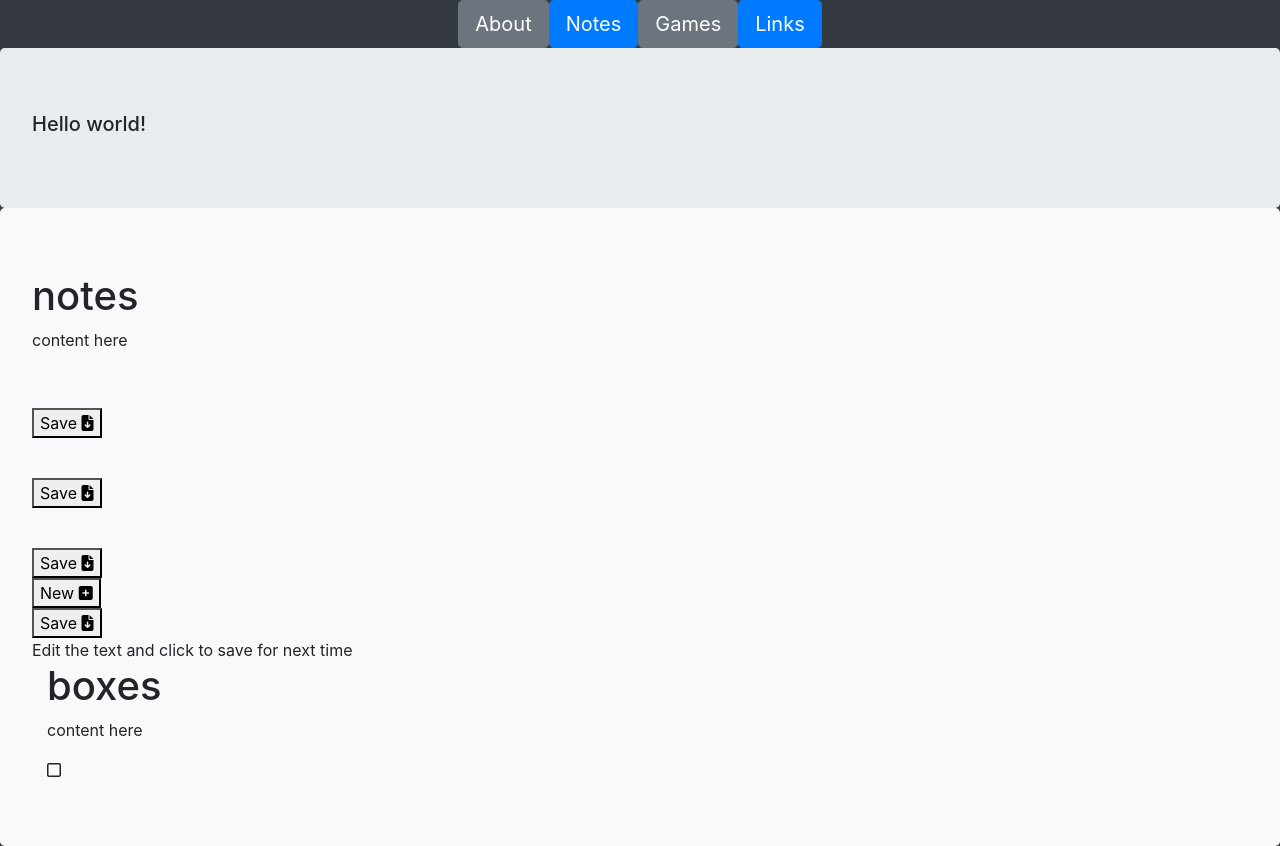
Repository: Kamicoda/Noteblock
Page: index.html
The author's editor kept a record of every edit. The page is drawn from the files as they stood at one moment, then again after the next edit.
The browser window is 1280 px wide. The pictures show the whole page.
Some web libraries are served in a nearby version.

Above is the page before.
Console error: ReferenceError: checkEdits is not defined

After the next edit:
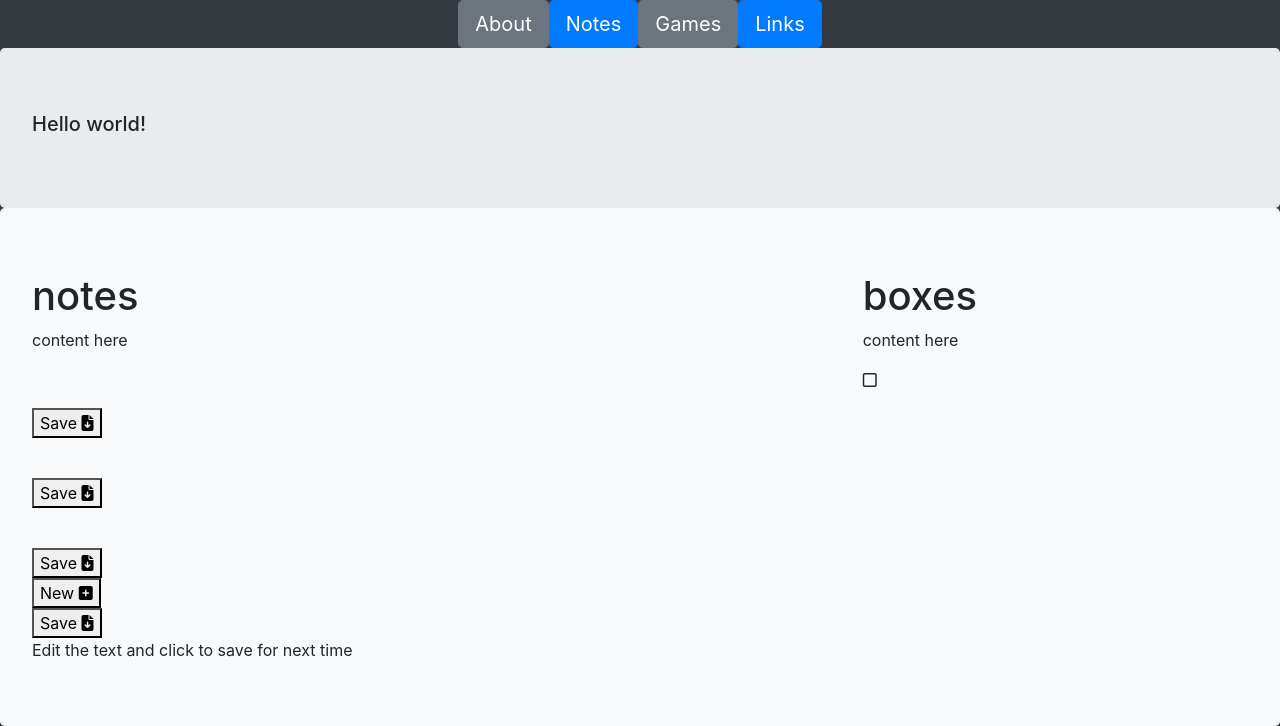
The edit:
--- a/index.html
+++ b/index.html
@@ -71,19 +71,20 @@
                         <h1>notes</h1>
                         <p>content here</p>
                         <div id="editList" class="#">
-                            <div class="#"></div>
-                        <p id="edit" contenteditable="true" class="editableP"></p><button type="button " onclick="save()" class="saveButton">Save
+                            <div id="item" class="#">
+                                <p id="edit" contenteditable="true" class="editableP"></p><button type="button " onclick="save()" class="saveButton">Save
                         <i class="fas fa-file-download"></i></button>
+                            </div>
+                            <div class="#">
+                                <p id="edit" contenteditable="true" class="editableP"></p><button type="button " onclick="save()" class="saveButton">Save
+                        <i class="fas fa-file-download"></i></button>
+                            </div>
+                            <div class="#">
+                                <p id="edit" contenteditable="true" class="editableP"></p><button type="button " onclick="save()" class="saveButton">Save
+                        <i class="fas fa-file-download"></i></button>
+                            </div>
                         </div>
-                        <div class="#">
-                        <p id="edit" contenteditable="true" class="editableP"></p><button type="button " onclick="save()" class="saveButton">Save
-                        <i class="fas fa-file-download"></i></button>
-                        </div>
-                        <p id="edit" contenteditable="true" class="editableP"></p><button type="button " onclick="save()" class="saveButton">Save
-                        <i class="fas fa-file-download"></i></button>
-                        </div>
-                        </div>
-                        <div >
+                        <div>
                             <button type="button " id="new" class="newButton">New
                         <i class="fas fa-plus-square"></i>
                         </div>
